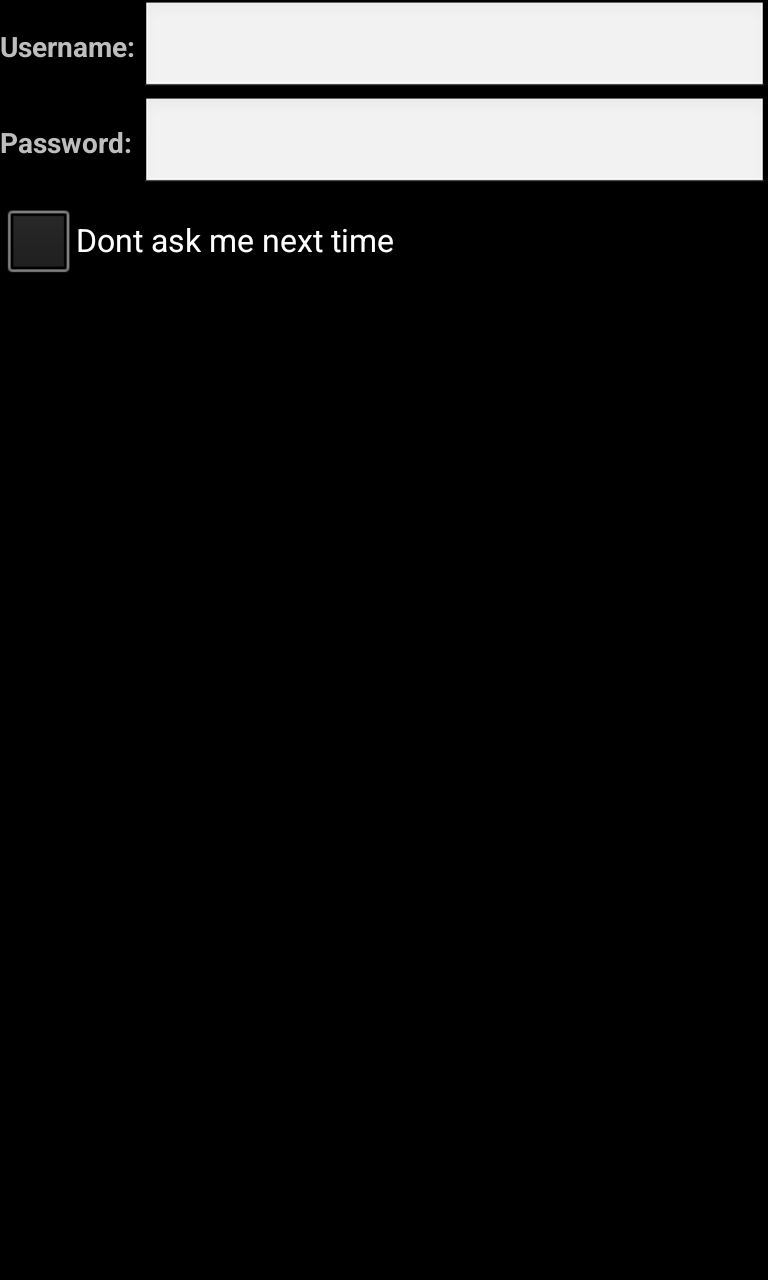
Repository: World-Three-Technologies/Masxaro-Prototype
Layout: Android/W3T/res/layout/main_login.xml
The author's editor kept a copy of each file at every save. The layout is drawn from the files as they stood at one save, then again after the next save.
It is drawn on a 768 x 1280 px phone screen (xhdpi) without system bars, with theme android:Theme; the app's code is not run.

Above is the layout before, as saved 2011-06-03 08:12:39.

After the next save:
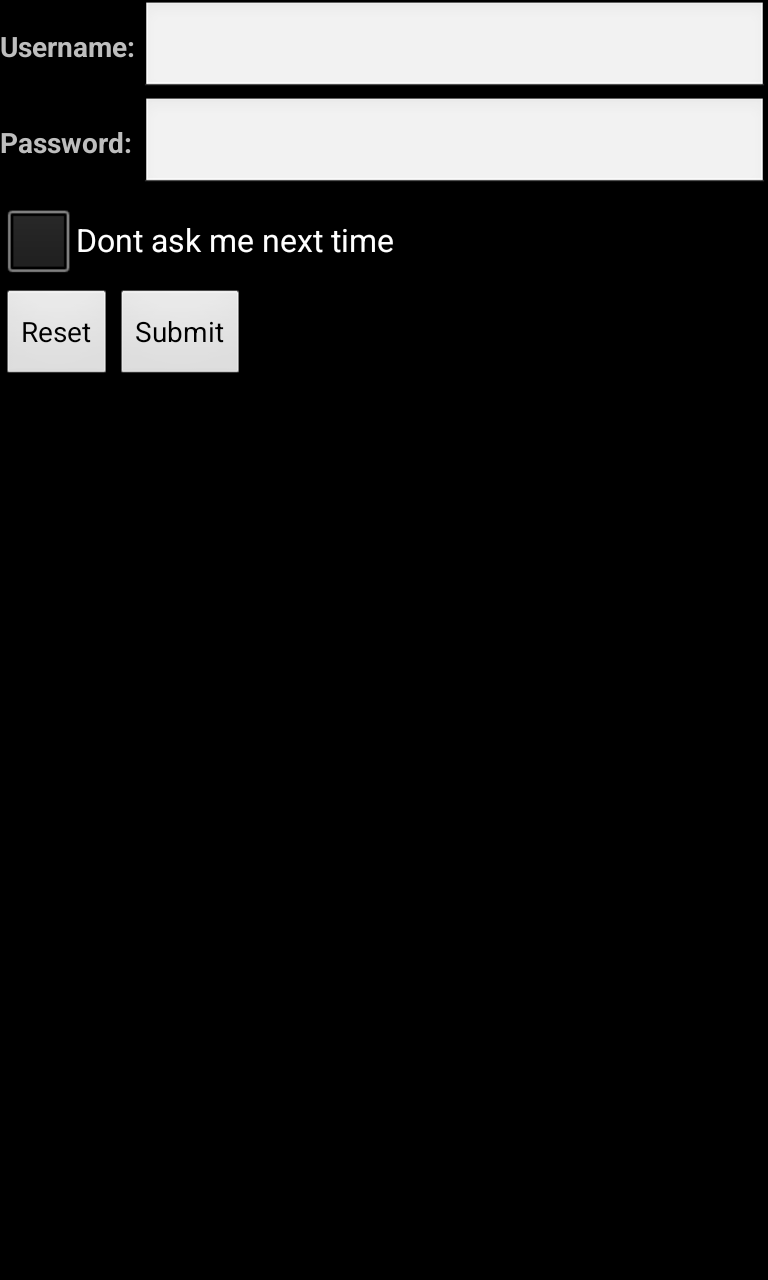
Saved 62 s later.
--- a/Android/W3T/res/layout/main_login.xml
+++ b/Android/W3T/res/layout/main_login.xml
@@ -47,8 +47,16 @@
 	<LinearLayout android:orientation="horizontal"
 		android:layout_width="fill_parent" android:layout_height="wrap_content"
 	>
-
-
+	    <Button android:text="Reset"
+			android:id="@+id/reset_button"
+			android:layout_height="wrap_content" android:layout_width="wrap_content"
+			android:layout_gravity="left"
+		/>
+		<Button android:text="Submit"
+			android:id="@+id/submit_button"
+			android:layout_height="wrap_content" android:layout_width="wrap_content"
+			android:layout_gravity="right"
+		/>
 	</LinearLayout>
 
 </LinearLayout>
